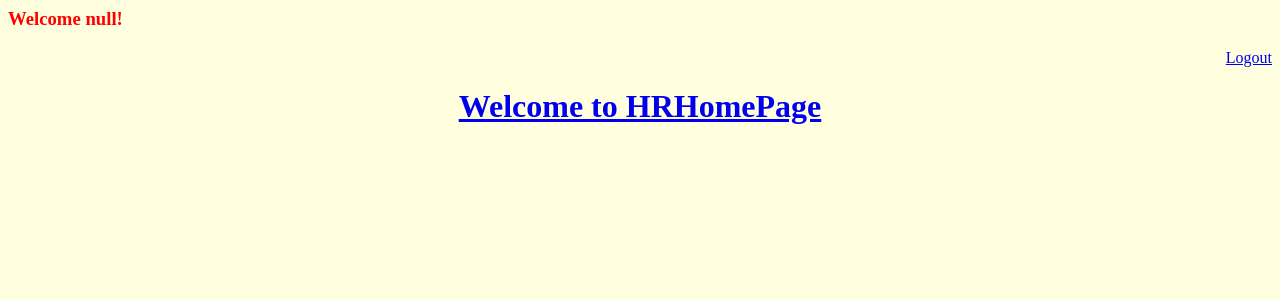
Repository: Konyala-Karthikeya/student_Details
Page: http://localhost/StudentWebApp/TeacHomePage
The author's editor kept a copy of each file at every save. The page is drawn from the files as they stood at one save, then again after the next save.
The browser window is 1280 px wide. The pictures show the whole page.
The page is served by Tomcat 9.

Above is the page before, as saved 2024-01-05 05:00:22.

After the next save:
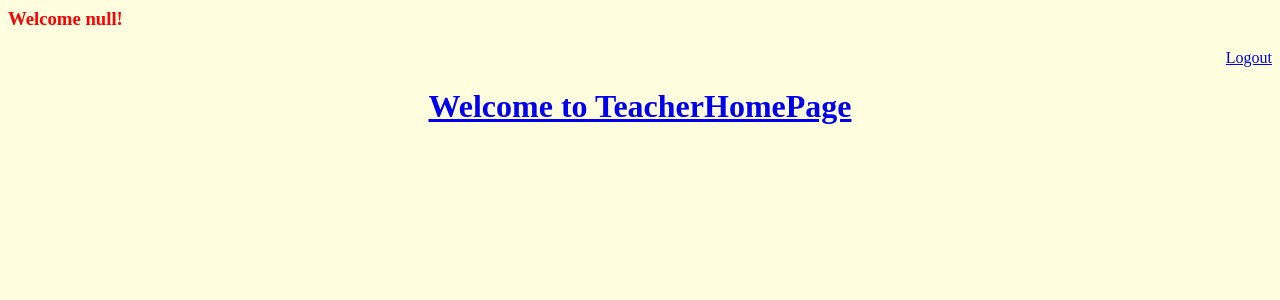
Saved 28 s later.
--- a/Sudent_Project/Workspace/StudentWebApp/src/com/web/TeacHomePage.java
+++ b/Sudent_Project/Workspace/StudentWebApp/src/com/web/TeacHomePage.java
@@ -29,7 +29,7 @@ public class TeacHomePage extends HttpServlet {
 		out.print("<form>");
 
 		out.println("<center>");
-		out.println("<h1>Welcome to HRHomePage</h1>");
+		out.println("<h1>Welcome to TeacherHomePage</h1>");
 		out.println("</center>");
 		out.println("</body>");
 	}
